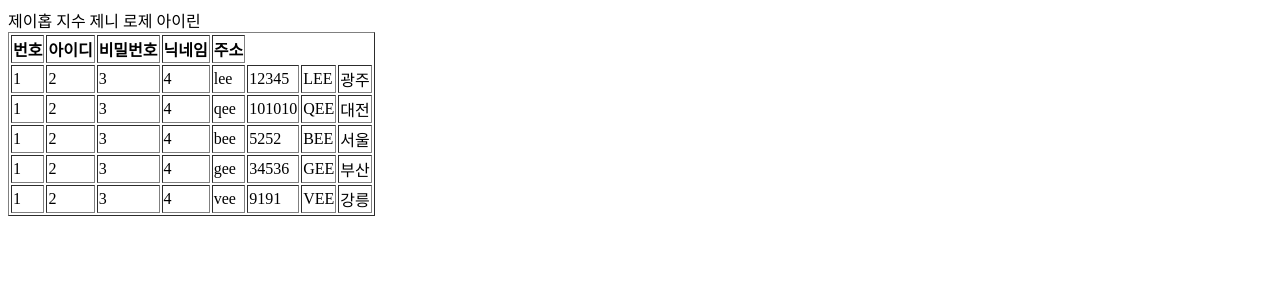
Repository: lee010207/HTML-CSS-JS
Page: http://localhost/EL_JSTL/JSTL_Final.jsp
These files come from the project's save history. The page is drawn as it stood at one moment and after the next save; the edit follows.
The browser window is 1280 px wide. The pictures show the whole page.
The page is served by Tomcat 9.

Above is the page before, as saved 2023-09-04 00:42:34.

After the next save:
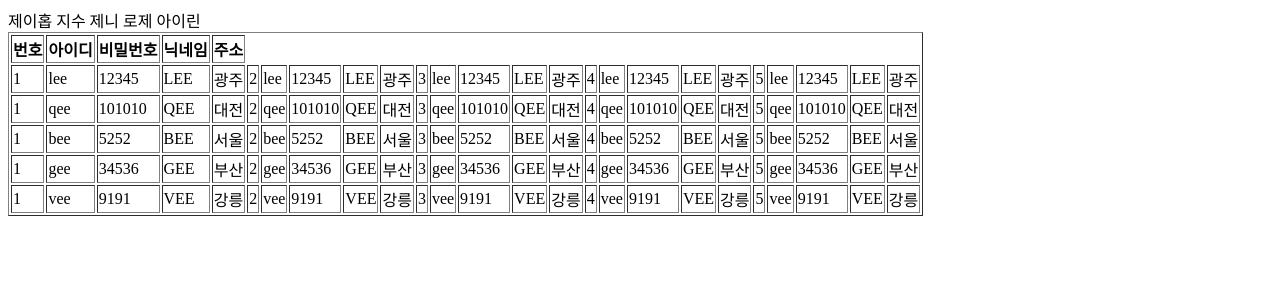
Saved 2 min 35 s later.
--- a/04. Server/EL_JSTL/src/main/webapp/JSTL_Final.jsp
+++ b/04. Server/EL_JSTL/src/main/webapp/JSTL_Final.jsp
@@ -56,14 +56,15 @@
 
 		<c:forEach items="${list }" var="info">
 			<tr>
-			<c:forEach var="num" begin="1" end="4" step="1">
+			<c:forEach var="num" begin="1" end="5" step="1">
 			<td>${num }</td>
-			</c:forEach>
 
 			<td>${info.id}</td>
 			<td>${info.pw}</td>
 			<td>${info.nick}</td>
 			<td>${info.addr}</td>
+
+			</c:forEach>
 			</tr>
 		</c:forEach>
 	</table>
